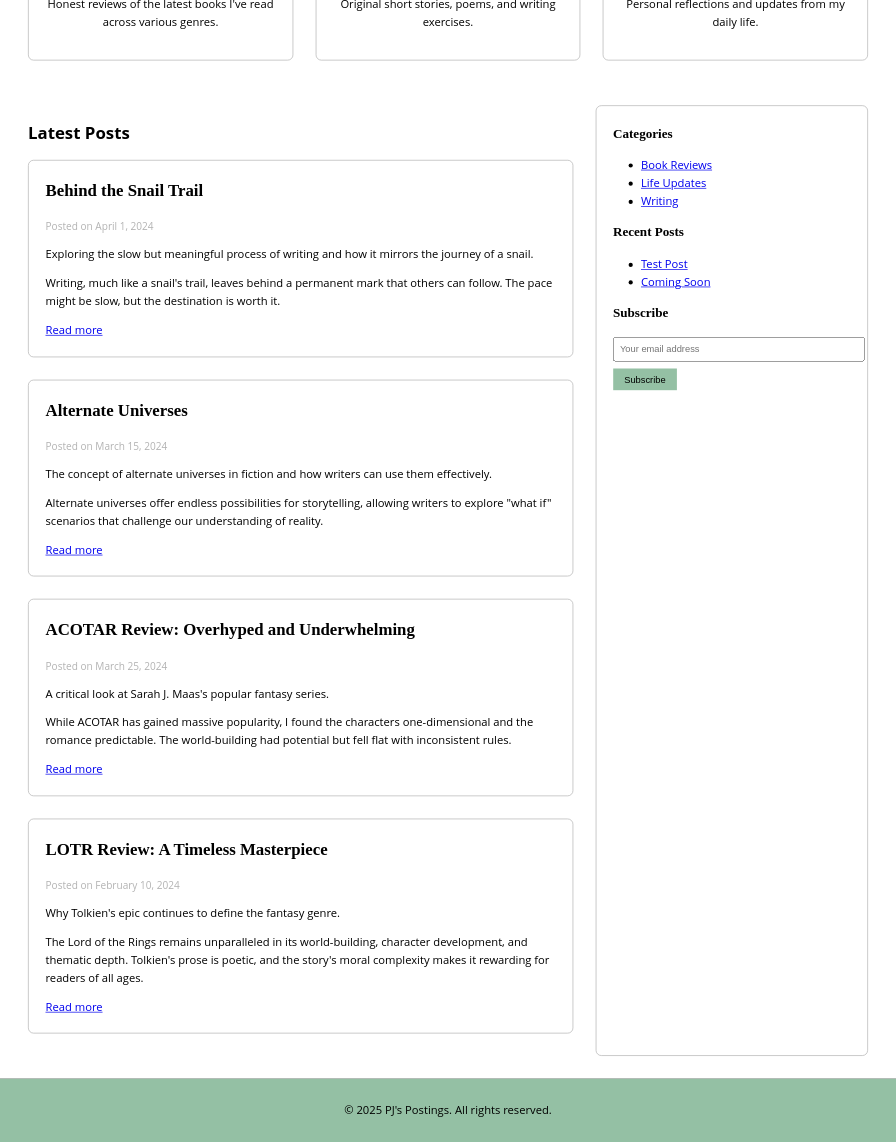
Repository: pjpatrick071/pjpatrick071.github.io
Page: index.html
The author's editor kept a copy of each file at every save. The page is drawn from the files as they stood at one save, then again after the next save.
The browser window is 1280 px wide. The pictures show the part of the page from y = 728 to 2648 px (the page is 2360 px tall before and 2648 px after), at 70% of full size.
Some web fonts or font styles are not loaded; a fallback is used.

Above is the page before, as saved 2025-04-02 23:09:24.

### index.html
<!DOCTYPE html>
<html lang="en">
<head>
    <meta charset="UTF-8">
    <meta name="viewport" content="width=device-width, initial-scale=1.0">
    <title>PJ's Postings</title>

    <!-- Fonts -->
    <link href="https://fonts-api.wp.com/css?family=Playfair+Display:400,400i,700,700i|Open+Sans:400,400i,700,700i&subset=latin,latin-ext" rel="stylesheet">

    <!-- Font Awesome (for icons) -->
    <link href="https://cdnjs.cloudflare.com/ajax/libs/font-awesome/6.4.0/css/all.min.css" rel="stylesheet">

    <!-- Main Styles -->
    <style>
        :root {
            --soft-green: #94c0a4;
            --silver: #b3b3b3;
            --black: #000000;
            --white: #ffffff;
        }

        body {
            font-family: 'Open Sans', sans-serif;
            line-height: 1.6;
            margin: 0;
            padding: 0;
            background-color: var(--white);
            color: var(--black);
        }

        /* Header Styles */
        header {
            background-color: var(--soft-green);
            padding: 1rem 0;
            text-align: center;
            border-bottom: 1px solid var(--silver);
        }

        .logo {
            font-size: 2rem;
            font-weight: bold;
            margin: 0;
            color: var(--black);
            font-family: 'Playfair Display', serif;
        }

        /* Navigation */
        nav ul {
            padding: 0;
            list-style: none;
            display: flex;
            justify-content: center;
            gap: 1.5rem;
            margin: 1rem 0;
        }

        nav a {
            text-decoration: none;
            color: var(--black);
            font-weight: 500;
            transition: color 0.3s;
        }

        nav a:hover {
            color: var(--silver);
        }

        /* Hero Section */
        .hero {
            background-color: #f5f5f5;
            padding: 3rem 1rem;
            text-align: center;
            margin-bottom: 2rem;
        }

        .hero h2 {
            font-family: 'Playfair Display', serif;
            font-size: 2.5rem;
            margin-bottom: 1rem;
        }

        .hero p {
            max-width: 800px;
            margin: 0 auto 1.5rem;
            font-size: 1.1rem;
        }

        .cta-button {
            display: inline-block;
            background-color: var(--soft-green);
            color: var(--black);
            padding: 0.8rem 1.5rem;
            border-radius: 4px;
            text-decoration: none;
            font-weight: bold;
            transition: background-color 0.3s;
        }

        .cta-button:hover {
            background-color: #82ad90;
        }

        /* Features Section */
        .features {
            display: flex;
            justify-content: space-around;
            flex-wrap: wrap;
            gap: 2rem;
            padding: 2rem;
            max-width: 1200px;
            margin: 0 auto;
        }

        .feature-card {
            flex: 1;
            min-width: 250px;
            background-color: var(--white);
            border: 1px solid var(--silver);
            border-radius: 8px;
            padding: 1.5rem;
            text-align: center;
        }

        .feature-card i {
            font-size: 2rem;
            color: var(--soft-green);
            margin-bottom: 1rem;
        }

        .feature-card h3 {
            font-family: 'Playfair Display', serif;
            margin-top: 0;
        }

        /* Main Content */
        .container {
            max-width: 1200px;
            margin: 2rem auto;
            padding: 0 1rem;
            display: grid;
            grid-template-columns: 2fr 1fr;
            gap: 2rem;
        }

        /* Blog Posts */
        .blog-post {
            background-color: var(--white);
            border: 1px solid var(--silver);
            border-radius: 8px;
            padding: 1.5rem;
            margin-bottom: 2rem;
        }

        .post-title {
            color: var(--black);
            margin-top: 0;
            font-family: 'Playfair Display', serif;
        }

        .post-meta {
            color: var(--silver);
            font-size: 0.9rem;
            margin-bottom: 1rem;
        }

        /* Sidebar */
        .sidebar {
            background-color: var(--white);
            border: 1px solid var(--silver);
            border-radius: 8px;
            padding: 1.5rem;
        }

        .sidebar-title {
            margin-top: 0;
            color: var(--black);
            font-family: 'Playfair Display', serif;
        }

        /* Footer */
        footer {
            background-color: var(--soft-green);
            text-align: center;
            padding: 1rem 0;
            border-top: 1px solid var(--silver);
            margin-top: 2rem;
        }

        /* Social Icons */
        .social-links {
            display: flex;
            justify-content: center;
            gap: 1rem;
            margin: 1rem 0;
        }

        .social-links a {
            color: var(--black);
            font-size: 1.5rem;
            transition: transform 0.3s;
        }

        .social-links a:hover {
            transform: scale(1.2);
        }

        /* Responsive Design */
        @media (max-width: 768px) {
            .container {
                grid-template-columns: 1fr;
            }

            .features {
                flex-direction: column;
            }
        }
    </style>
</head>
<body>
    <!-- Header -->
    <header>
        <h1 class="logo">PJ's Postings</h1>
        <nav>
            <ul>
                <li><a href="index.html">Home</a></li>
                <li><a href="about.html">About</a></li>
                <li><a href="blog.html"> Blog Index</a></li>
                <li><a href="#">Contact</a></li>
            </ul>
        </nav>

        <!-- Social Links -->
        <div class="social-links">
            <a href="https://www.tiktok.com/@p.j.patrick" target="_blank" rel="noopener noreferrer"><i class="fab fa-tiktok"></i></a>
            <a href="#" target="_blank" rel="noopener noreferrer"><i class="fab fa-instagram"></i></a>
        </div>
    </header>

    <!-- Hero Section -->
    <section class="hero">
        <h2>Welcome to PJ's Postings</h2>
        <p>A space for book reviews, life updates, and creative writing. Join me as I explore stories and share my thoughts on literature and life.</p>
        <a href="blog.html" class="cta-button">Explore the Blog</a>
    </section>

    <!-- Features Section -->
    <section class="features">
        <div class="feature-card">
            <i class="fas fa-book-open"></i>
            <h3>Book Reviews</h3>
            <p>Honest reviews of the latest books I've read across various genres.</p>
        </div>
        <div class="feature-card">
            <i class="fas fa-pen-fancy"></i>
            <h3>Creative Writing</h3>
            <p>Original short stories, poems, and writing exercises.</p>
        </div>
        <div class="feature-card">
            <i class="fas fa-coffee"></i>
            <h3>Life Updates</h3>
            <p>Personal reflections and updates from my daily life.</p>
        </div>
    </section>

    <!-- Main Content -->
    <div class="container">
        <!-- Blog Posts Section -->
        <main>
            <h2>Latest Posts</h2>

            <article class="blog-post">
                <h2 class="post-title">Behind the Snail Trail</h2>
                <p class="post-meta">Posted on April 1, 2024</p>
                <div class="entry-content">
                    <p>Exploring the slow but meaningful process of writing and how it mirrors the journey of a snail.</p>
                    <p>Writing, much like a snail's trail, leaves behind a permanent mark that others can follow. The pace might be slow, but the destination is worth it.</p>
                    <a href="blog.html#snail-trail">Read more</a>
                </div>
            </article>
            <article class="blog-post">
                <h2 class="post-title">Alternate Universes</h2>
                <p class="post-meta">Posted on March 15, 2024</p>
                <div class="entry-content">
                    <p>The concept of alternate universes in fiction and how writers can use them effectively.</p>
                    <p>Alternate universes offer endless possibilities for storytelling, allowing writers to explore "what if" scenarios that challenge our understanding of reality.</p>
                    <a href="blog.html#alternate-universes">Read more</a>
                </div>
            </article>
            <article class="blog-post">
                <h2 class="post-title">ACOTAR Review: Overhyped and Underwhelming</h2>
                <p class="post-meta">Posted on March 25, 2024</p>
                <div class="entry-content">
                    <p>A critical look at Sarah J. Maas's popular fantasy series.</p>
                    <p>While ACOTAR has gained massive popularity, I found the characters one-dimensional and the romance predictable. The world-building had potential but fell flat with inconsistent rules.</p>
                    <a href="blog.html#acotar-review">Read more</a>
                </div>
            </article>
            <article class="blog-post">
                <h2 class="post-title">LOTR Review: A Timeless Masterpiece</h2>
                <p class="post-meta">Posted on February 10, 2024</p>
                <div class="entry-content">
                    <p>Why Tolkien's epic continues to define the fantasy genre.</p>
                    <p>The Lord of the Rings remains unparalleled in its world-building, character development, and thematic depth. Tolkien's prose is poetic, and the story's moral complexity makes it rewarding for readers of all ages.</p>
                    <a href="blog.html#lotr-review">Read more</a>
                </div>
            </article>
            <!-- Additional posts can be added by duplicating the article element -->
        </main>

        <!-- Sidebar -->
        <aside class="sidebar">
            <h3 class="sidebar-title">Categories</h3>
            <ul>
                <li><a href="blog.html#book-reviews">Book Reviews</a></li>
                <li><a href="blog.html#life-updates">Life Updates</a></li>
                <li><a href="blog.html#writing">Writing</a></li>
            </ul>

            <h3 class="sidebar-title">Recent Posts</h3>
            <ul>
                <li><a href="blog.html#test-post">Test Post</a></li>
                <li><a href="blog.html#coming-soon">Coming Soon</a></li>
            </ul>

            <!-- Email Subscription Form -->
            <h3 class="sidebar-title">Subscribe</h3>
            <form action="#" method="post">
                <input type="email" name="email" placeholder="Your email address" style="width: 100%; padding: 8px; margin-bottom: 10px;">
                <button type="submit" style="background: var(--soft-green); border: none; padding: 8px 16px; cursor: pointer;">Subscribe</button>
            </form>
        </aside>
    </div>

    <!-- Footer -->
    <footer>
        <p>&copy; <script>document.write(new Date().getFullYear());</script> PJ's Postings. All rights reserved.</p>
    </footer>

    <!-- JavaScript for dynamic elements -->
    <script>
        // Simple script to handle mobile menu toggle
        document.addEventListener('DOMContentLoaded', function() {
            // You can add interactive functionality here
            console.log('Blog loaded successfully!');
        });
    </script>
</body>
</html>

After the next save:
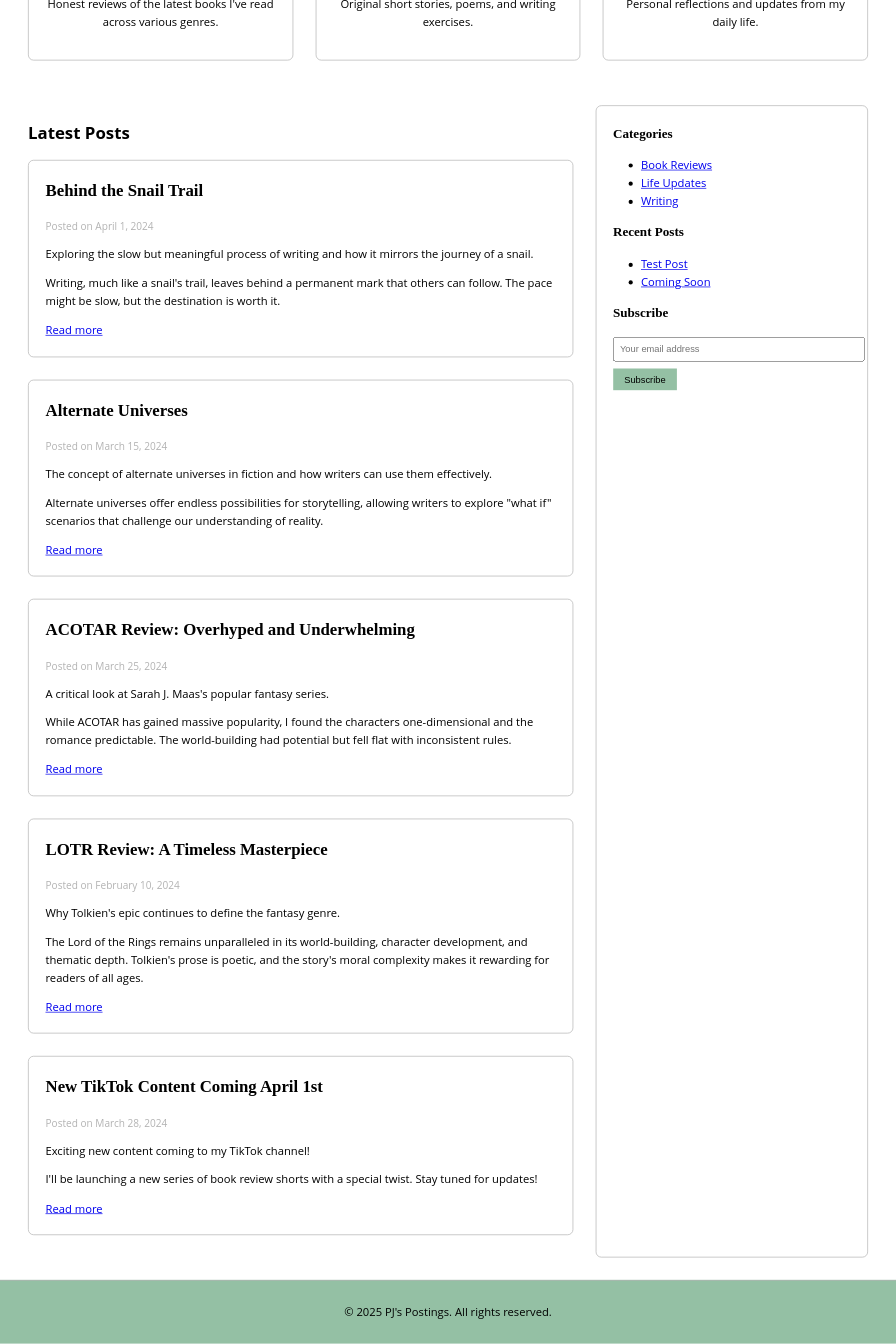
Saved 5 s later.
--- a/index.html
+++ b/index.html
@@ -305,6 +305,15 @@
                     <a href="blog.html#lotr-review">Read more</a>
                 </div>
             </article>
+            <article class="blog-post">
+                <h2 class="post-title">New TikTok Content Coming April 1st</h2>
+                <p class="post-meta">Posted on March 28, 2024</p>
+                <div class="entry-content">
+                    <p>Exciting new content coming to my TikTok channel!</p>
+                    <p>I'll be launching a new series of book review shorts with a special twist. Stay tuned for updates!</p>
+                    <a href="blog.html#new-tiktok">Read more</a>
+                </div>
+            </article>
             <!-- Additional posts can be added by duplicating the article element -->
         </main>
 
